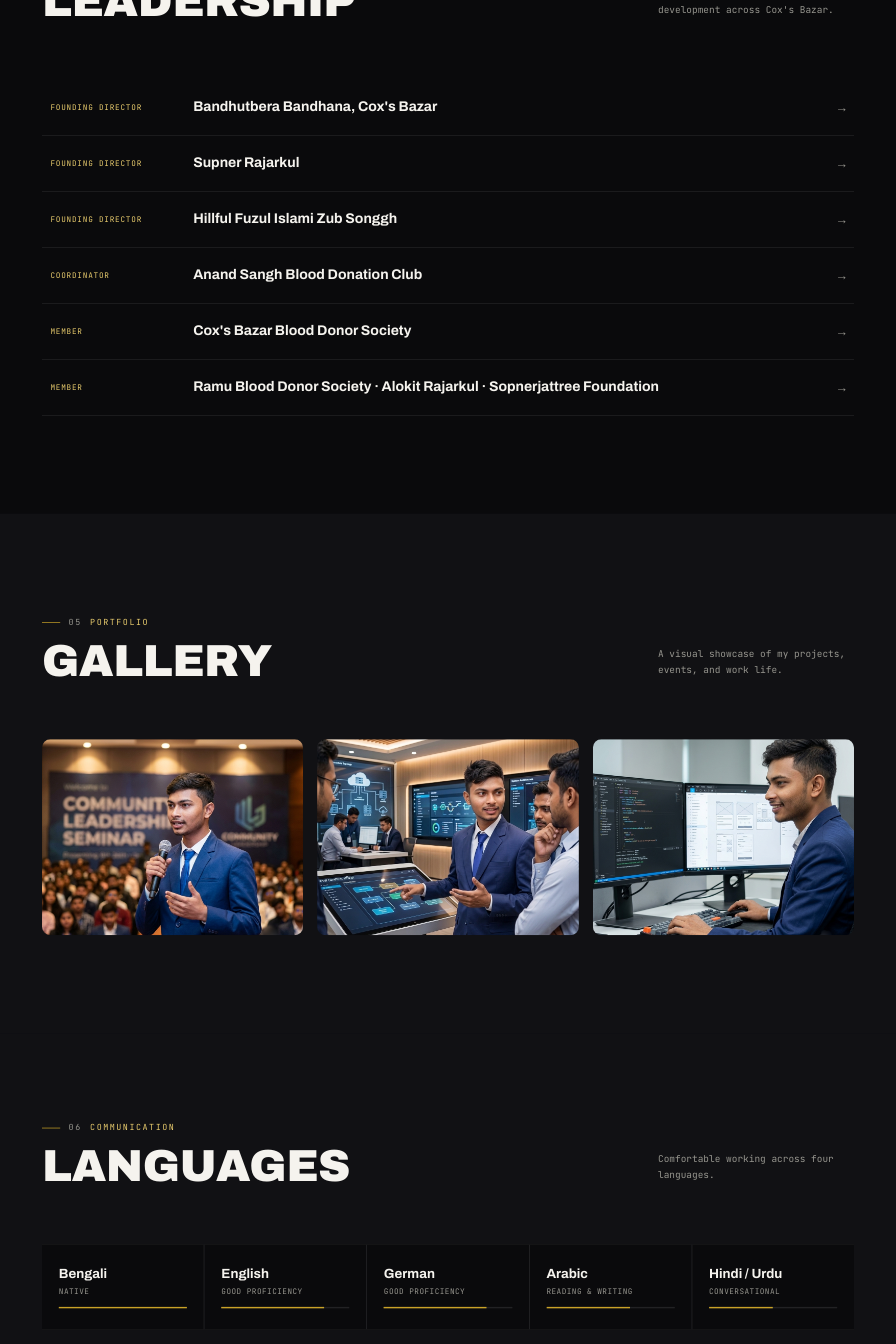
Repository: Saiful21Islam/My_Portfolio
Page: index.html
An editor plug-in stored every save of this project. The page is shown before and after the next save, followed by the edit.
The browser window is 1280 px wide. The pictures show the part of the page from y = 4580 to 6500 px (the page is 7427 px tall before and 7487 px after), at 70% of full size.
Some web libraries are served in a nearby version.

Above is the page before, as saved 2026-09-25 21:11:04.

### index.html
<!DOCTYPE html>
<html lang="en">

<head>
  <meta charset="UTF-8">
  <meta name="viewport" content="width=device-width, initial-scale=1.0">
  <title>Saiful Islam</title>
  <link rel="preconnect" href="https://fonts.googleapis.com">
  <link rel="preconnect" href="https://fonts.gstatic.com" crossorigin>
  <link
    href="https://fonts.googleapis.com/css2?family=Archivo:wght@400;500;700;900&family=Inter:wght@300;400;500;600&family=JetBrains+Mono:wght@400;500&display=swap"
    rel="stylesheet">
  <script src="https://cdnjs.cloudflare.com/ajax/libs/gsap/3.12.2/gsap.min.js"></script>
  <script src="https://cdnjs.cloudflare.com/ajax/libs/gsap/3.12.2/ScrollTrigger.min.js"></script>
  <link rel="stylesheet" href="./style.css">
</head>

<body>

  <header>
    <nav class="wrap">
      <div class="logo">SAIFUL ISLAM</div>
      <ul class="nav-links">
        <li><a href="#about">About</a></li>
        <li><a href="#experience">Experience & Education</a></li>
        <li><a href="#skills">Skills</a></li>
        <li><a href="#leadership">Leadership</a></li>
        <li><a href="#gallery">Gallery</a></li>
        <li><a href="#contact">Contact</a></li>
      </ul>
    </nav>
  </header>

  <section class="hero">
    <div class="hero-media">
      <img id="heroImg" src="profile.jpg" alt="Saiful Islam">
    </div>
    <canvas id="hero-canvas"></canvas>
    <div class="wrap hero-content">
      <div class="label hero-eyebrow" id="heroEyebrow"><span class="num">EST. 2025</span>FULL STACK DEVELOPER</div>
      <h1 class="hero-title">
        <span class="line"><span>SAIFUL</span></span>
        <span class="line l2"><span>ISLAM</span></span>
      </h1>
      <div class="hero-bottom">
        <p class="hero-role">
          <strong>Web &amp; Software Developer</strong> |
          Implementation Engineer at <strong>MySoft Limited</strong>
        </p>

        <div class="scroll-indicator">
          <div class="line-anim"></div>SCROLL
        </div>
      </div>
    </div>
  </section>

  <section id="about">
    <div class="wrap">
      <div class="sec-head">
        <div>
          <div class="label"><span class="num">01</span>PROFILE</div>
          <h2>About</h2>
        </div>
        <div class="sec-note">A developer's path from computer science fundamentals to real client implementation.</div>
      </div>

      <div class="about-grid">
        <div class="about-copy">
          <p>I'm a <strong>Full Stack Developer</strong> currently working as an <strong>Implementation Engineer at
              Mysoft</strong>, where I turn requirements into working software and support clients through real
            deployment and configuration work.</p>
          <p>My foundation is a Diploma in Engineering in Computer Science &amp; Technology. I build with
            <strong>HTML5, CSS3, Tailwind CSS, JavaScript, TypeScript, React, Next.js, Node.js, Express.js, MongoDB,
              Mongoose, Better Auth, Git &amp;
              GitHub, AI-Assisted Coding, AI Mindset &amp; Engineering</strong> — and outside of code, I lead several
            community initiatives across
            Cox's Bazar.
          </p>
          <div class="about-facts">
            <div class="fact-block">
              <div class="k">Role</div>
              <div class="v">Implementation Engineer</div>
            </div>
            <div class="fact-block">
              <div class="k">Company</div>
              <a href="https://mysoftltd.com/" target="_blank" rel="noopener">
                Mysoft Limited
              </a>
            </div>
            <div class="fact-block">
              <div class="k">Location</div>
              <div class="v">Cox's Bazar, BD</div>
            </div>
            <div class="fact-block">
              <div class="k">Languages</div>
              <div class="v">5 Spoken</div>
            </div>
          </div>
        </div>

        <div class="side-panel">
          <span class="badge-current">CURRENT</span>
          <div class="tag">Since July 2025</div>
          <h3>Implementation Engineer</h3>
          <a href="https://mysoftltd.com/" target="_blank" rel="noopener">
            Mysoft Limited · Full-time
          </a>
          <p class="desc">Configuring and deploying software solutions for clients, applying full stack development
            skills in real production environments — from requirement to rollout.</p>
        </div>
      </div>
    </div>
  </section>

  <section class="interlude panel-alt">
    <div>
      <h2>CODE. <span class="accent">IMPLEMENT.</span><br>DELIVER.</h2>
      <div class="sub">The Full Stack Developer's Cycle</div>
    </div>
  </section>

  <section id="experience">
    <div class="wrap">
      <div class="sec-head">
        <div>
          <div class="label"><span class="num">02</span>TIMELINE</div>
          <h2>Experience & Education</h2>
        </div>
        <div class="sec-note">From vocational science to a full-time engineering role.</div>
      </div>
      <div class="tl">
        <div class="tl-row">
          <div class="yr">2025 —<br>Present</div>
          <div>
            <h3>Implementation Engineer</h3>
            <a href="https://mysoftltd.com/" target="_blank" rel="noopener">
              Mysoft Limited
            </a>
          </div>
          <div class="meta">Software Implementation<br>& Support</div>
        </div>
        <div class="tl-row">
          <div class="yr">2025</div>
          <div>
            <h3>Diploma in Engineering</h3>
            <a href="https://coxsbazar.polytech.gov.bd/" target="_blank" rel="noopener">
              Cox's Bazar Polytechnic Institute
            </a>

          </div>
          <div class="meta">Computer Science & Technology<br>First Class</div>
        </div>
        <div class="tl-row">
          <div class="yr">2020</div>
          <div>
            <h3>Secondary School Certificate</h3>
            <a href="https://tvi.coxsbazar.gov.bd/" target="_blank" rel="noopener">
              Textail Vocational Institute, Ramu
            </a>

          </div>
          <div class="meta">Science (Vocational)<br>First Class</div>
        </div>
      </div>
    </div>
  </section>

  <section id="skills" class="panel-alt">
    <div class="wrap">
      <div class="sec-head">
        <div>
          <div class="label"><span class="num">03</span>TOOLKIT</div>
          <h2>Skills & Stack</h2>
        </div>
        <div class="sec-note">Technical foundation, paired with the people skills to apply it well.</div>
      </div>

      <div class="stack-strip">
        <div class="stack-item">
          <img src="./image/html.png" alt="HTML5">
          <div class="si-label">Markup</div>
          <div class="si-name">HTML5</div>
        </div>
        <div class="stack-item">
          <img src="./image/css.png" alt="CSS3">
          <div class="si-label">Styling</div>
          <div class="si-name">CSS3</div>
        </div>
        <div class="stack-item">
          <img src="./image/tw.png" alt="Tailwind CSS">
          <div class="si-label">Styling</div>
          <div class="si-name">Tailwind CSS</div>
        </div>
        <div class="stack-item">
          <img src="./image/jsts.png" alt="TypeScript">
          <div class="si-label">Language</div>
          <div class="si-name">TypeScript</div>
        </div>
        <div class="stack-item">
          <img src="./image/reac.png" alt="React">
          <div class="si-label">Frontend</div>
          <div class="si-name">React</div>
        </div>
        <div class="stack-item">
          <img src="./image/nextjs.jpeg" alt="Next.js">
          <div class="si-label">Framework</div>
          <div class="si-name">Next.js</div>
        </div>
        <div class="stack-item">
          <img src="./image/js.png" alt="Node.js">
          <div class="si-label">Runtime</div>
          <div class="si-name">Node.js</div>
        </div>
        <div class="stack-item">
          <img src="./image/ejs.png" alt="Express.js">
          <div class="si-label">Backend</div>
          <div class="si-name">Express.js</div>
        </div>
        <div class="stack-item">
          <img src="./image/mdb.png" alt="MongoDB">
          <div class="si-label">Database</div>
          <div class="si-name">MongoDB</div>
        </div>
        <div class="stack-item">
          <img src="./image/Mongoos.png" alt="Mongoose">
          <div class="si-label">ODM</div>
          <div class="si-name">Mongoose</div>
        </div>
        <div class="stack-item">
          <img src="./image/ba.png" alt="Better Auth">
          <div class="si-label">Authentication</div>
          <div class="si-name">Better Auth</div>
        </div>
        <div class="stack-item">
          <img src="./image/git.jpg" alt="Git & GitHub">
          <div class="si-label">Version Control</div>
          <div class="si-name">Git & GitHub</div>
        </div>
        <div class="stack-item">
          <img src="./image/rb.jpg" alt="AI-Assisted Coding">
          <div class="si-label">Development</div>
          <div class="si-name">AI-Assisted Coding</div>
        </div>
        <div class="stack-item">
          <img src="./image/ai.jpg" alt="AI Mindset & Engineering">
          <div class="si-label">Engineering</div>
          <div class="si-name">AI Mindset & Engineering</div>
        </div>
      </div>

      <div class="capability-grid">
        <div class="cap-card">
          <div class="cap-num">01</div>
          <h4>Software Implementation</h4>
          <p>Deploying, configuring, and supporting client software as an Implementation Engineer.</p>
        </div>
        <div class="cap-card">
          <div class="cap-num">02</div>
          <h4>Full Stack Development</h4>
          <p>Building web applications end-to-end — interface to database.</p>
        </div>
        <div class="cap-card">
          <div class="cap-num">03</div>
          <h4>Leadership & Initiative</h4>
          <p>Planning, launching, and managing new projects and initiatives.</p>
        </div>
        <div class="cap-card">
          <div class="cap-num">04</div>
          <h4>Communication</h4>
          <p>Clear, confident, effective — with clients and teams alike.</p>
        </div>
        <div class="cap-card">
          <div class="cap-num">05</div>
          <h4>Problem Solving</h4>
          <p>Quick to identify issues and deliver practical solutions on deadline.</p>
        </div>
        <div class="cap-card">
          <div class="cap-num">06</div>
          <h4>Digital Media</h4>
          <p>Content planning, social media management, and digital marketing.</p>
        </div>
      </div>
    </div>
  </section>

  <!-- leadership -->
  <section id="leadership">
    <div class="wrap">
      <div class="sec-head">
        <div>
          <div class="label"><span class="num">04</span>COMMUNITY</div>
          <h2>Leadership</h2>
        </div>
        <div class="sec-note">Active involvement in community development across Cox's Bazar.</div>
      </div>

      <div class="lead-row">
        <span class="lr-role">Founding Director</span>
        <h3>
          <a href="https://www.facebook.com/bndhutwerbndhn21" target="_blank" rel="noopener">
            Bandhutbera Bandhana, Cox's Bazar
          </a>
        </h3>
        <span class="arrow">→</span>
      </div>
      <div class="lead-row">
        <span class="lr-role">Founding Director</span>
        <h3>
          <a href="https://www.facebook.com/profile.php?id=100069093652198" target="_blank" rel="noopener">
            Supner Rajarkul
          </a>
        </h3>
        <span class="arrow">→</span>
      </div>
      <div class="lead-row">
        <span class="lr-role">Founding Director</span>
        <h3>
          <a href="https://www.facebook.com/HillfulFuzulIslamiZubSonggh" target="_blank" rel="noopener">
            Hillful Fuzul Islami Zub Songgh
          </a>
        </h3>
        <span class="arrow">→</span>
      </div>
      <div class="lead-row">
        <span class="lr-role">Coordinator</span>
        <h3>
          <a href="https://www.facebook.com/anandasangha2015" target="_blank" rel="noopener">
            Anand Sangh Blood Donation Club
          </a>
        </h3>
        <span class="arrow">→</span>
      </div>
      <div class="lead-row">
        <span class="lr-role">Member</span>
        <h3>Cox's Bazar Blood Donor Society</h3>
        <span class="arrow">→</span>
      </div>
      <div class="lead-row">
        <span class="lr-role">Member</span>
        <h3>Ramu Blood Donor Society · Alokit Rajarkul · Sopnerjattree Foundation</h3>
        <span class="arrow">→</span>
      </div>
    </div>
  </section>

  <!-- gallery -->
  <section id="gallery" class="panel-alt">
    <div class="wrap">
      <div class="sec-head">
        <div>
          <div class="label"><span class="num">05</span>PORTFOLIO</div>
          <h2>Gallery</h2>
        </div>
        <div class="sec-note">A visual showcase of my projects, events, and work life.</div>
      </div>

      <div class="gallery-grid">
        <div class="gallery-item">
          <img src="./Gallery/Community & Leadership.png" alt="Project 1">
          <div class="gallery-overlay">
            <h4>Project</h4>
            <p>Community & Leadership</p>
          </div>
        </div>
        <div class="gallery-item">
          <img src="./Gallery/Software Implementation.jpg" alt="Project 2">
          <div class="gallery-overlay">
            <h4>Project</h4>
            <p>Software Implementation</p>
          </div>
        </div>
        <div class="gallery-item">
          <img src="./Gallery/Web Development-UI Design.png" alt="Project 3">
          <div class="gallery-overlay">
            <h4>Project</h4>
            <p>Web Development / UI Design</p>
          </div>
        </div>
      </div>
    </div>
  </section>

  <section class="panel-alt lang-section">
    <div class="wrap">
      <div class="sec-head">
        <div>
          <div class="label"><span class="num">06</span>COMMUNICATION</div>
          <h2>Languages</h2>
        </div>
        <div class="sec-note">Comfortable working across four languages.</div>
      </div>
      <div class="lang-strip">
        <div class="lang-cell">
          <h4>Bengali</h4>
          <div class="lvl">Native</div>
          <div class="lbar">
            <div class="lbar-fill" data-w="100"></div>
          </div>
        </div>
        <div class="lang-cell">
          <h4>English</h4>
          <div class="lvl">Good Proficiency</div>
          <div class="lbar">
            <div class="lbar-fill" data-w="80"></div>
          </div>
        </div>
        <div class="lang-cell">
          <h4>German</h4>
          <div class="lvl">Good Proficiency</div>
          <div class="lbar">
            <div class="lbar-fill" data-w="80"></div>
          </div>
        </div>
        <div class="lang-cell">
          <h4>Arabic</h4>
          <div class="lvl">Reading & Writing</div>
          <div class="lbar">
            <div class="lbar-fill" data-w="65"></div>
          </div>
        </div>
        <div class="lang-cell">
          <h4>Hindi / Urdu</h4>
          <div class="lvl">Conversational</div>
          <div class="lbar">
            <div class="lbar-fill" data-w="50"></div>
          </div>
        </div>
      </div>
    </div>
  </section>

  <section id="contact" class="contact">
    <div class="wrap">
      <div class="label"><span class="num">07</span>GET IN TOUCH</div>
      <h2>Let's Build<br>Something <span class="accent">Real.</span></h2>
      <a href="mailto:sis540714@gmail.com" class="contact-email">sis540714@gmail.com</a>
      <div class="contact-meta">Rajarkul, Ramu, Cox's Bazar, Bangladesh</div>
      <div class="social-row">
        <a href="https://github.com/Saiful21Islam" target="_blank" rel="noopener">GitHub</a>
        <a href="https://linkedin.com/in/saiful-islam21" target="_blank" rel="noopener">LinkedIn</a>
        <a href="https://x.com/SaifulIsalam21" target="_blank" rel="noopener">Twitter(X)</a>
        <a href="https://saifulislamramu.wordpress.com" target="_blank" rel="noopener">Website</a>
      </div>
    </div>
  </section>

  <footer>
    <div class="wrap">
      <span>© 2026 SAIFUL ISLAM</span>
      <span>IMPLEMENTATION ENGINEER · FULL STACK DEVELOPER</span>
    </div>
  </footer>

  <script src="./script.js"></script>
</body>
</html>

Loaded but not shown: script.js (170 lines, source omitted); style.css (955 lines, source omitted)

After the next save:
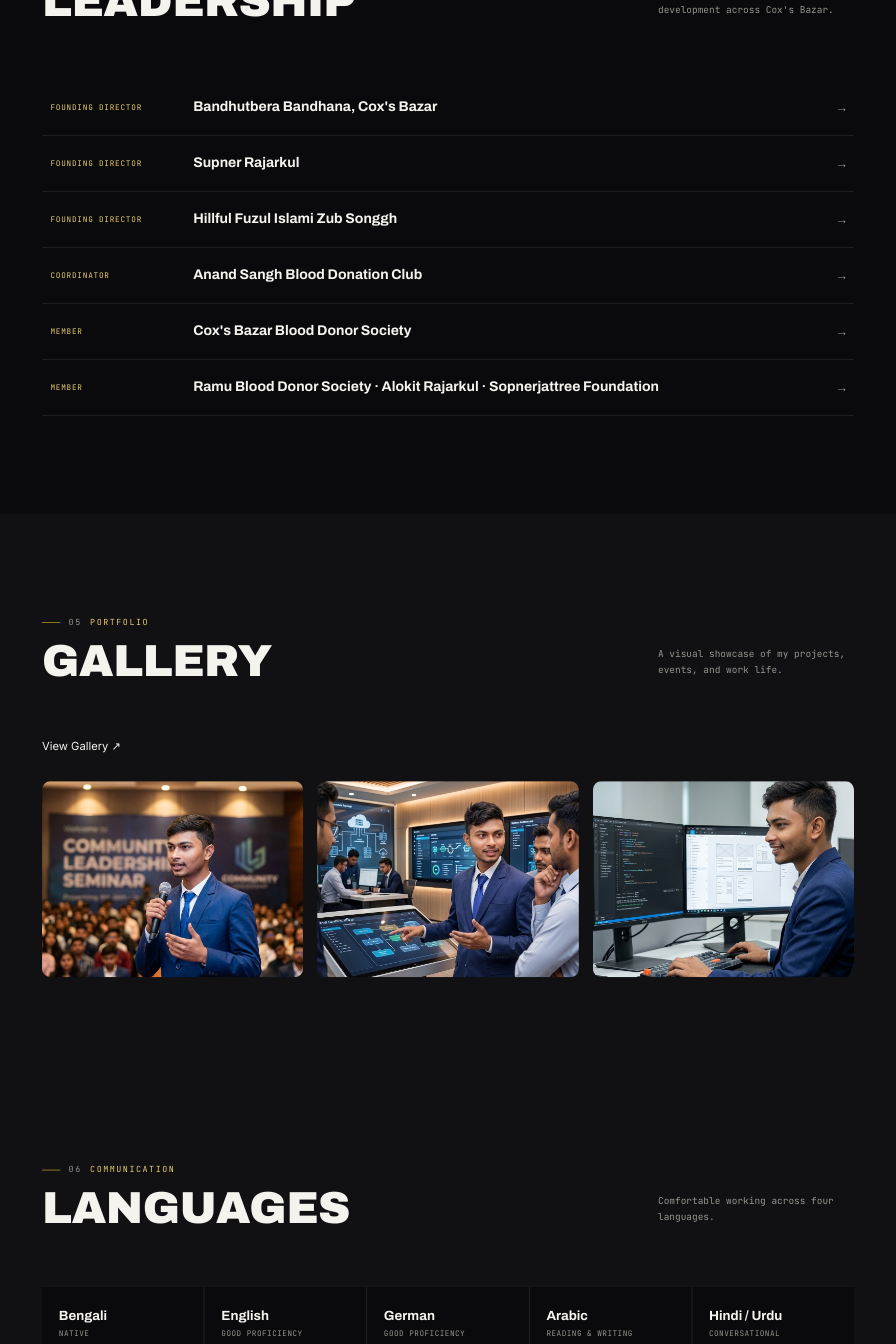
Saved 34 min 30 s later.
--- a/index.html
+++ b/index.html
@@ -354,6 +354,10 @@
         </div>
         <div class="sec-note">A visual showcase of my projects, events, and work life.</div>
       </div>
+      <a href="gallery.html" class="gallery-btn">
+          View Gallery
+          <span>↗</span>
+        </a>
 
       <div class="gallery-grid">
         <div class="gallery-item">
